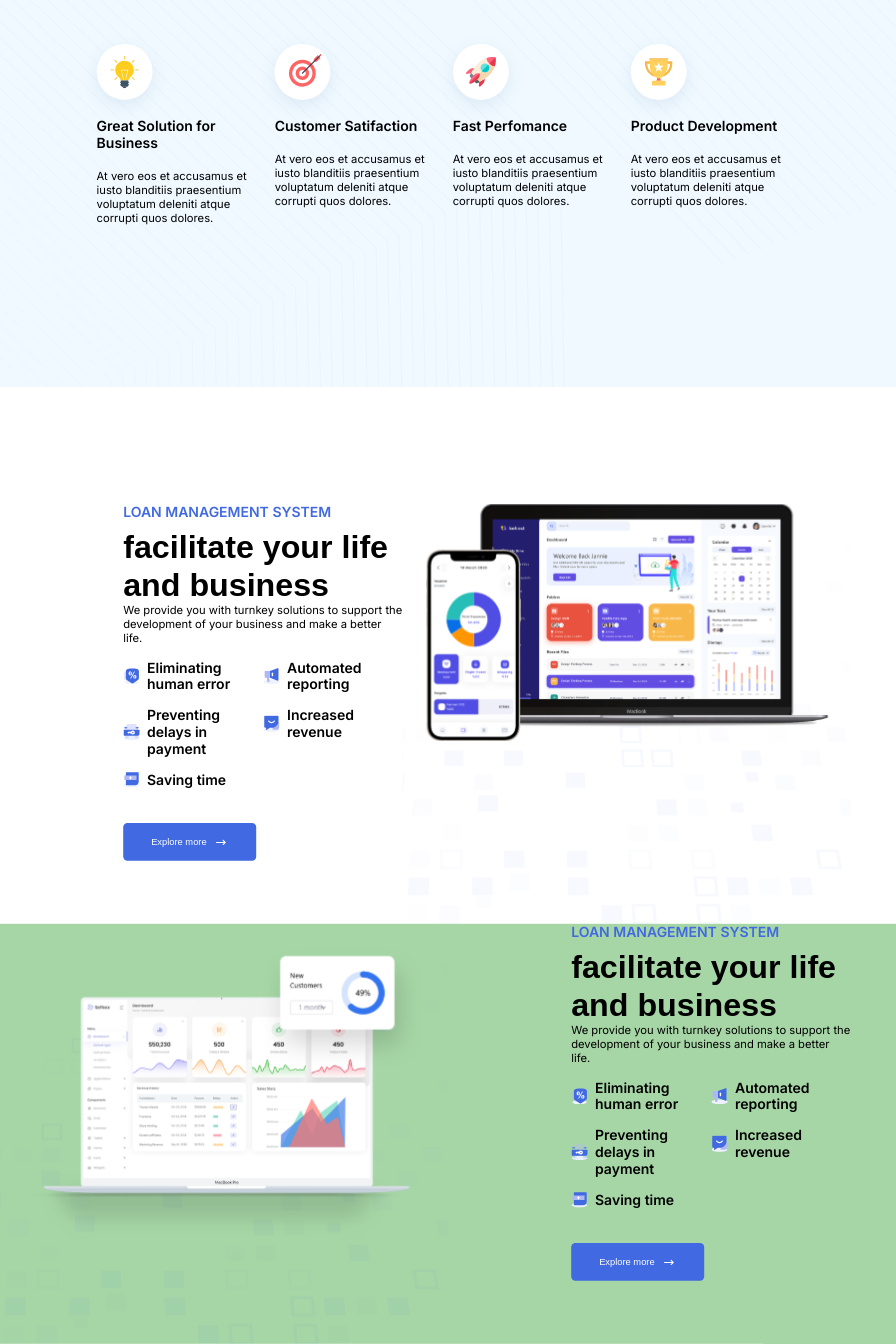
Repository: Chamsmey/static-html-css
Page: index.html
The author's editor kept a copy of each file at every save. The page is drawn from the files as they stood at one save, then again after the next save.
The browser window is 1280 px wide. The pictures show the part of the page from y = 1114 to 3034 px (the page is 3034 px tall), at 70% of full size.
Some web fonts or font styles are not loaded; a fallback is used.

Above is the page before, as saved 2022-11-15 16:48:26.

After the next save:
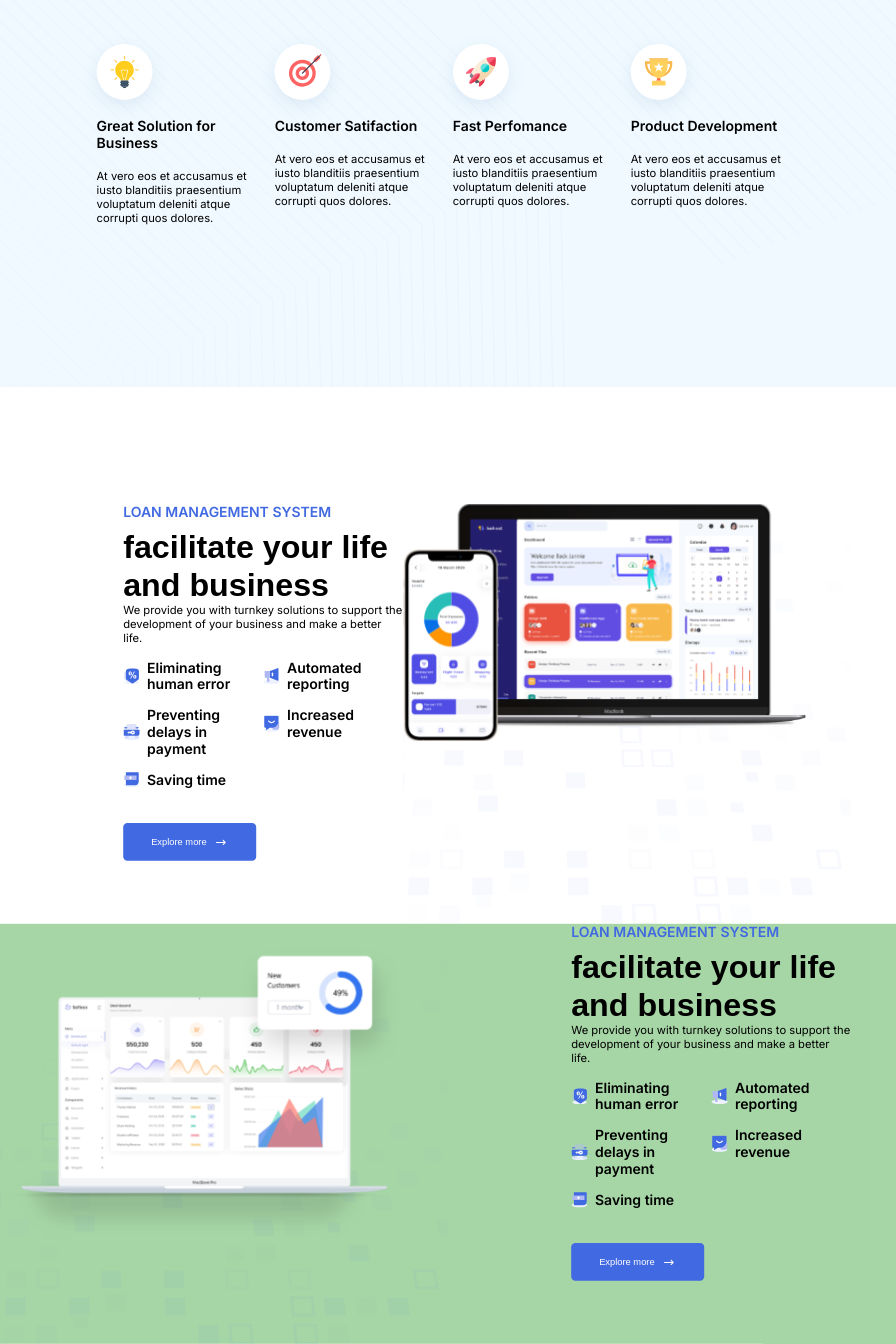
Saved 40 s later.
--- a/css/style.css
+++ b/css/style.css
@@ -436,7 +436,7 @@
   width: 50%;
   /* background: #000; */
   display: flex;
-  justify-content:center;
+  justify-content:start;
   align-items: flex-start;
   background-image: url(../images/products/frame_pro_section.svg);
   /* background-color: #cccccc;  */

After the 5 saves that followed:
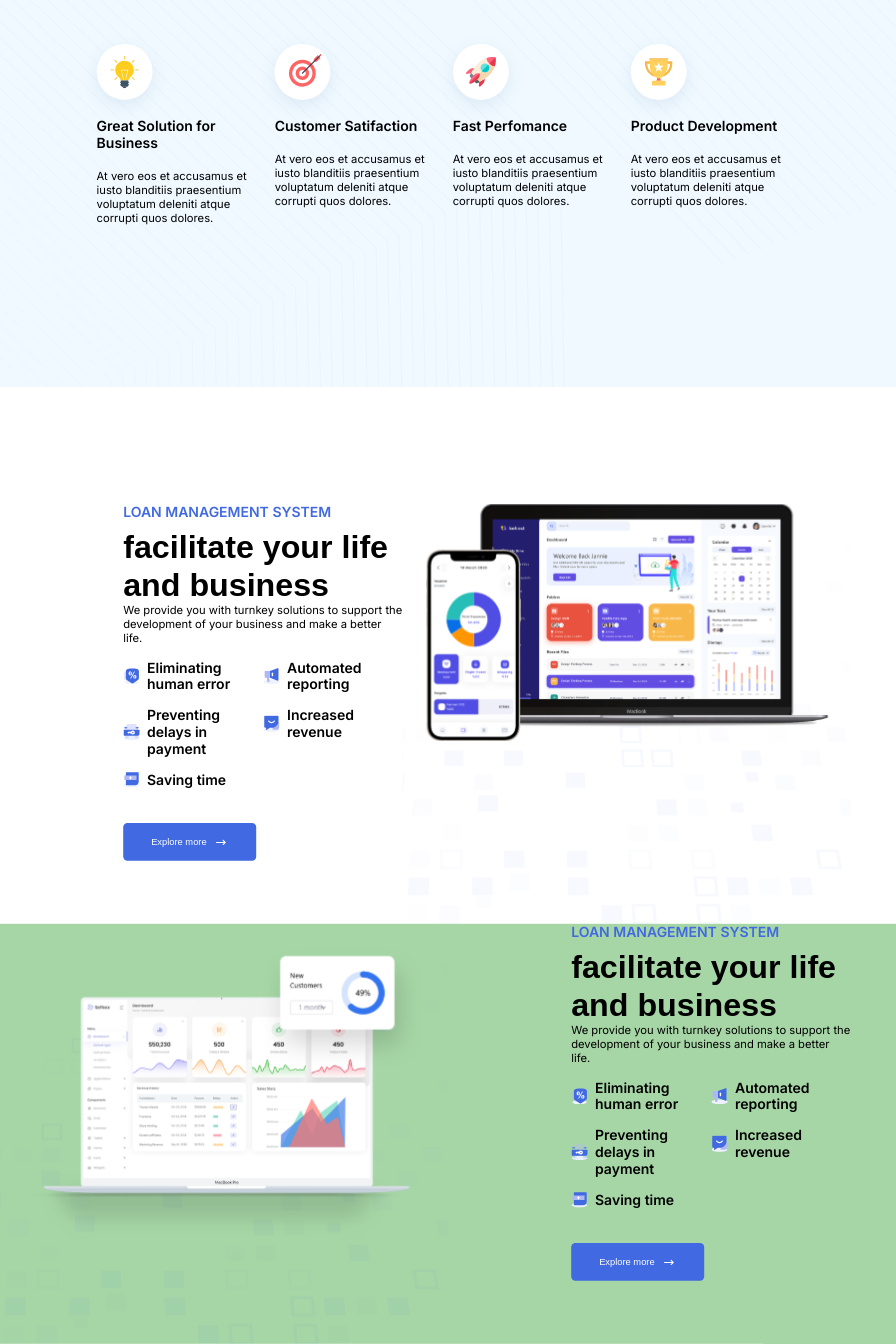
The 5 saves are shown as one change because 1 left the picture as it was and some came seconds apart.
The last was saved 31 s later.
--- a/css/style.css
+++ b/css/style.css
@@ -436,7 +436,7 @@
   width: 50%;
   /* background: #000; */
   display: flex;
-  justify-content:start;
+  justify-content:center;
   align-items: flex-start;
   background-image: url(../images/products/frame_pro_section.svg);
   /* background-color: #cccccc;  */
